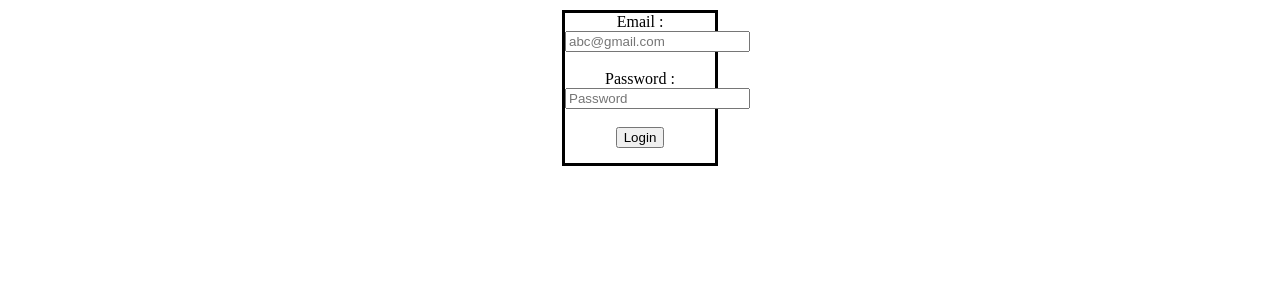
Repository: KD3-86718-yagywalky/Advance-java
Page: http://localhost/Assignment04/
The author's editor kept a copy of each file at every save. The page is drawn from the files as they stood at one save, then again after the next save.
The browser window is 1280 px wide. The pictures show the whole page.
The page is served by Tomcat 9. Other server files are loaded and not shown.

Above is the page before, as saved 2024-12-05 13:16:50.

### Assignment_04/Assignment04/src/main/webapp/index.jsp
<%@ page language="java" contentType="text/html; charset=ISO-8859-1"
    pageEncoding="ISO-8859-1"%>
<!DOCTYPE html>
<html>
<head>
<meta charset="ISO-8859-1">
<title>Insert title here</title>
</head>
<body>
<center>

<div style="height: 150px; width: 150px; border: solid; align-self: center; margin: 10px" >

<form action="login.jsp" method="post">
Email : <input type="email" name="email" placeholder="abc@gmail.com"> <br/><br/>
Password : <input type="password" name="passwd" placeholder="Password"> <br/><br/>

<input type="submit" value="Login"> <br/><br/>
</form>
</div>

</body>
</html>

After the next save:
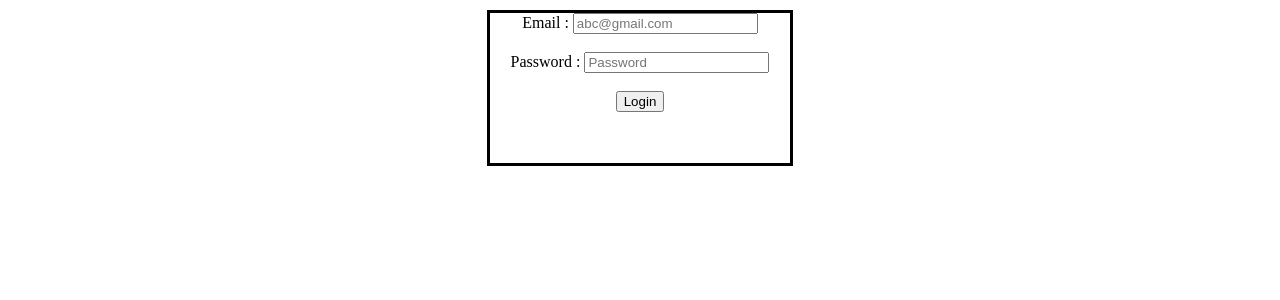
Saved 10 s later.
--- a/Assignment_04/Assignment04/src/main/webapp/index.jsp
+++ b/Assignment_04/Assignment04/src/main/webapp/index.jsp
@@ -9,7 +9,7 @@
 <body>
 <center>
 
-<div style="height: 150px; width: 150px; border: solid; align-self: center; margin: 10px" >
+<div style="height: 150px; width: 300px; border: solid; align-self: center; margin: 10px" >
 
 <form action="login.jsp" method="post">
 Email : <input type="email" name="email" placeholder="abc@gmail.com"> <br/><br/>
